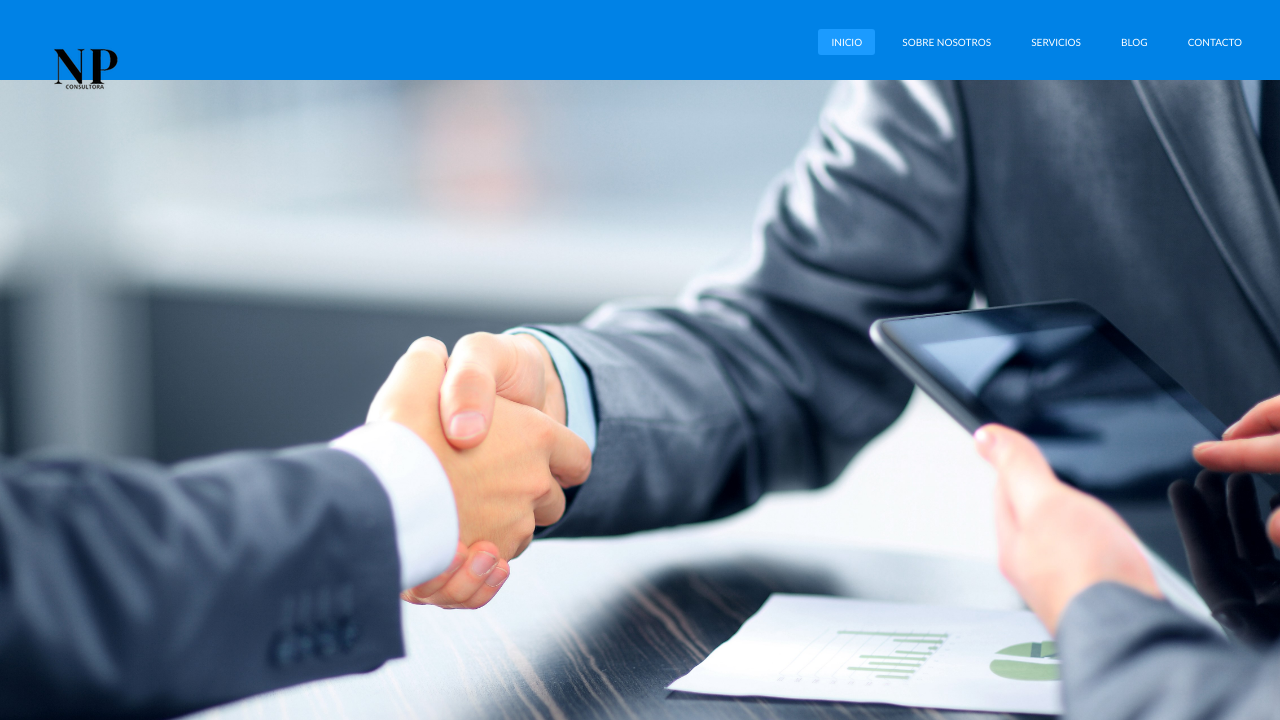
Repository: Batu120/pre-entrega2
Page: index.html
The author's editor kept a copy of each file at every save. The page is drawn from the files as they stood at one save, then again after the next save.
The browser window is 1280 px wide. The pictures show the whole page.

Above is the page before, as saved 2022-10-29 21:12:46.

After the next save:
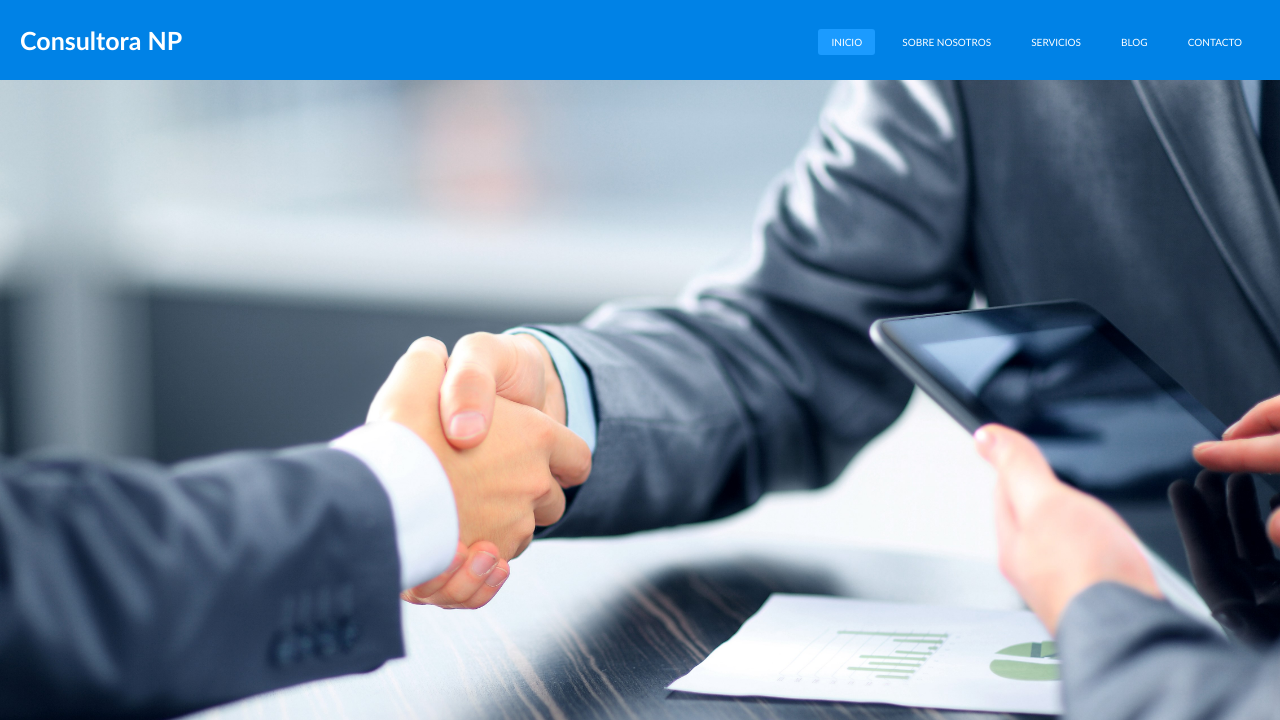
Saved 2 min 30 s later.
--- a/index.html
+++ b/index.html
@@ -16,7 +16,7 @@
         <label for="check" class="checkbtn">
             <i style="font-size:24px" class="fa">&#xf0c9;</i>
         </label>
-        <label class="logo"><img src="IMG/CONSULTORA.png" alt="logo_web"></label>
+        <label class="logo">Consultora NP</label>
             <!-- Lista no ordenada -->
             <ul>
                 <!-- Items / Menu -->
